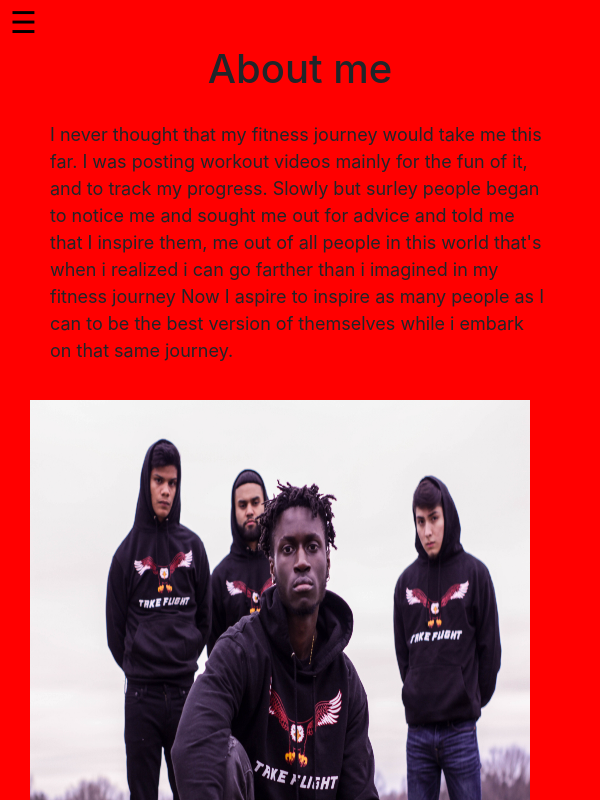
Repository: mamadont/MamadouFitnessWebsite
Page: pages-html/about-me.html
These files come from the project's save history. The page is drawn as it stood at one moment and after the next save; the edit follows.
The browser window is 600 px wide. The pictures show the whole page.
Some web libraries are served in a nearby version.

Above is the page before, as saved 2020-07-09 01:22:47.

After the next save:
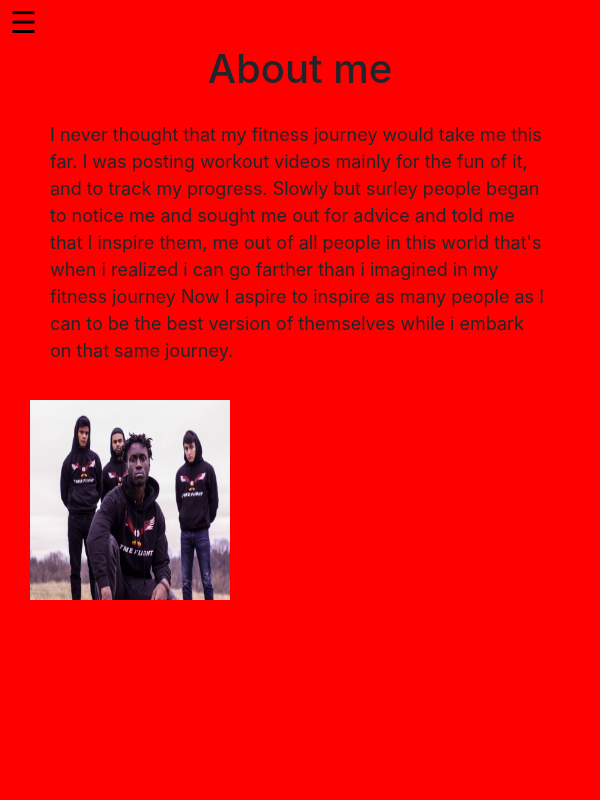
Saved 19 s later.
--- a/pages-css/about-me.css
+++ b/pages-css/about-me.css
@@ -121,7 +121,8 @@ p {
     #about-me-desc {
         padding: 20px;
     }
-    #carousel {
-        padding: 10px;
+    #my-image {
+        height: 200px;
+        width: 200px;
     }
 }
